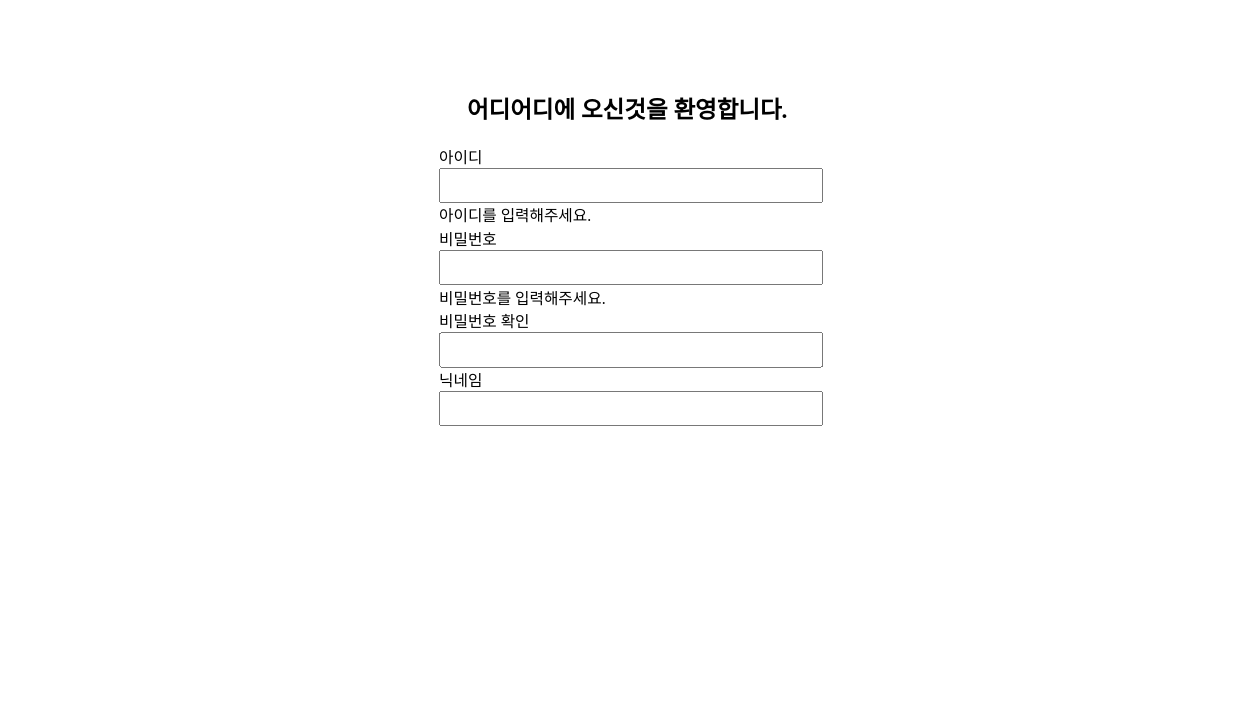
Repository: zzangyu/koreanFoodsProject
Page: http://localhost/koreanFoodsProject/koreanFoods/signUp.jsp
An editor plug-in stored every save of this project. The page is shown before and after the next save, followed by the edit.
The browser window is 1280 px wide. The pictures show the whole page, at 98% of full size.
The page is served by Tomcat 9. Other server files are loaded and not shown.

Above is the page before, as saved 2022-12-29 07:07:39.

### koreanFoodsProject/src/main/webapp/koreanFoods/signUp.jsp
<%@ page language="java" contentType="text/html; charset=UTF-8"
    pageEncoding="UTF-8"%>
<!DOCTYPE html>
<html>
<head>
<meta charset="UTF-8">
<link type="text/css" rel="stylesheet" href="css/kFoods.css">
<title>Sign Up</title>
</head>
<body>
	<form action="" id="signUp">
		<div id="signUp_Wrap">
			<h2>어디어디에 오신것을 환영합니다.</h2>
			<div>
				<div>아이디</div>
				<div>
					<input type="text" name="kf_id" class="signUp_input">
					<div id="signUp_idCheck">아이디를 입력해주세요.</div>
				</div>
			</div>
			<div>
				<label>비밀번호</label>
				<div>
					<input type="password" name="kf_password" class="signUp_input">
					<div id="signUp_idCheck">비밀번호를 입력해주세요.</div>
				</div>
			</div>
			<div>
				<label>비밀번호 확인</label>
				<div>
					<input type="password" name="kf_passwordCheck" class="signUp_input">
					<div id="signUp_idCheck"></div>
				</div>
			</div>
			<div>
				<label>닉네임</label>
				<div>
					<input type="text" name="kf_nickname" class="signUp_input">
				</div>
			</div>
		</div>
	</form>
</body>
</html>

### koreanFoodsProject/src/main/webapp/koreanFoods/css/kFoods.css
@charset "UTF-8";
html, body {
	margin: 0;
	padding: 0;
	width: 100%;
	height: 100%;
}
a {
	text-decoration: none;
}
#loginButton {
	background-color: yellow;
}
#loginButton a {
	color: red;
}
#signUp {
	width: 100%;
	height: 100%;
	display: flex;
	justify-content: center;
	align-items: center;
}
#signUp_Wrap {
	width: 30%;
	height: 80%;
}
#signUp_Wrap h2 {
	text-align: center;
}
#signUp_Wrap div {
	width: 100%;
}
.signUp_input {
	width: 100%;
	height: 30px;
}

After the next save:
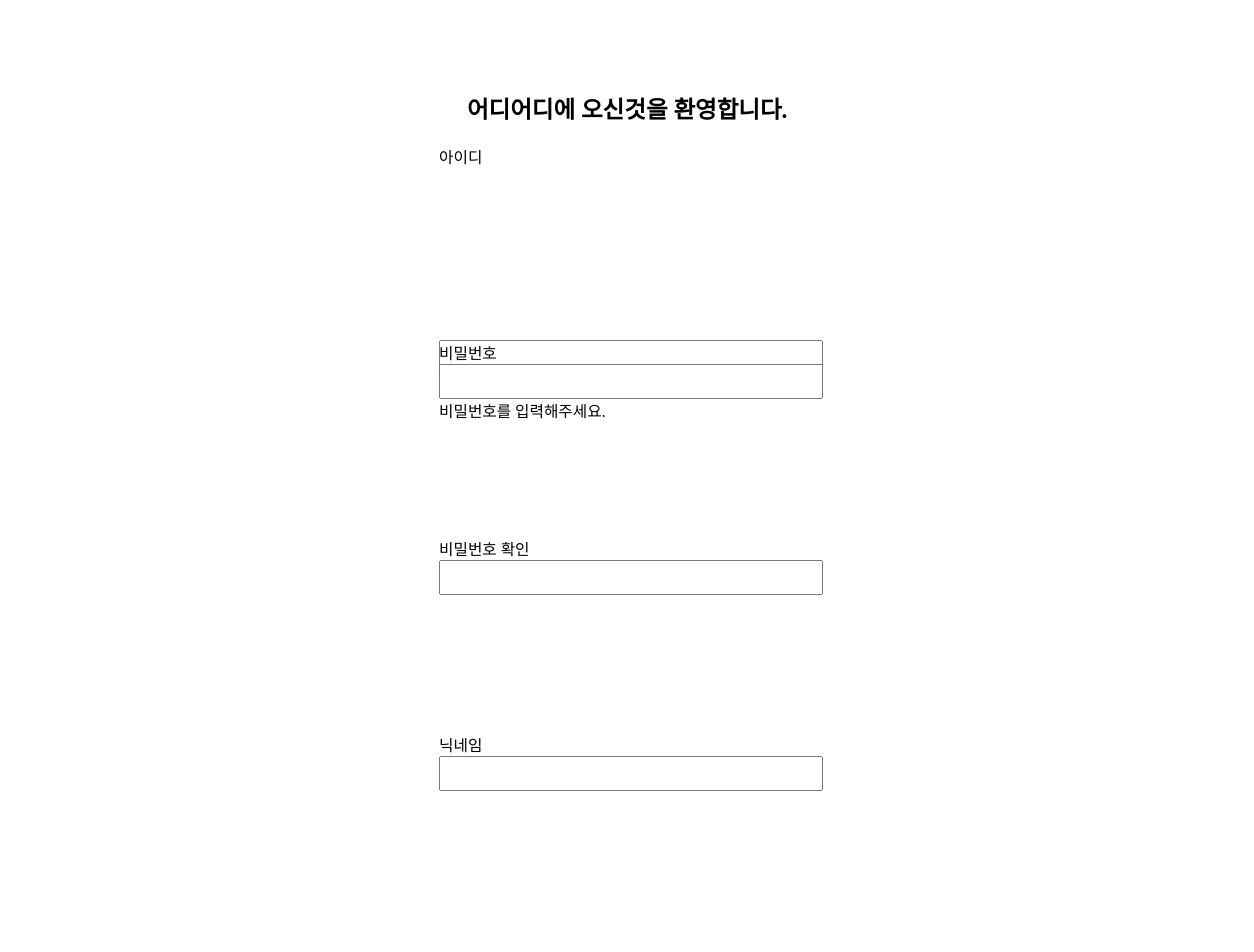
Saved 16 s later.
--- a/koreanFoodsProject/src/main/webapp/koreanFoods/css/kFoods.css
+++ b/koreanFoodsProject/src/main/webapp/koreanFoods/css/kFoods.css
@@ -30,6 +30,7 @@ a {
 }
 #signUp_Wrap div {
 	width: 100%;
+	height: 200px;
 }
 .signUp_input {
 	width: 100%;
